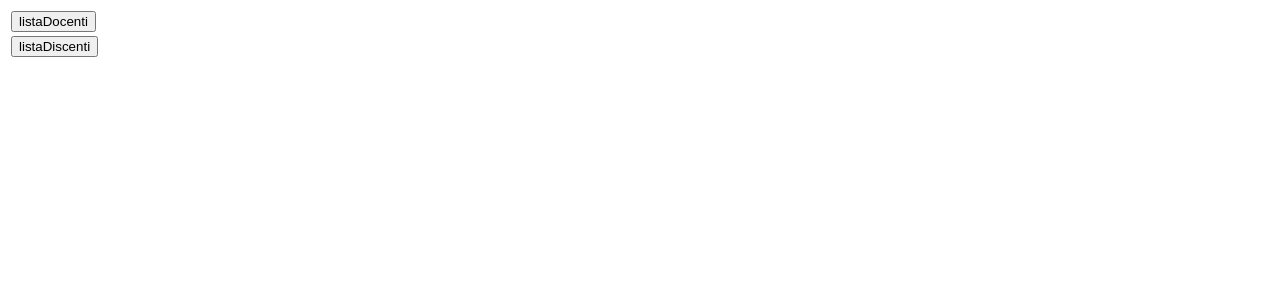
Repository: daneleprivitelli/progettoEJB
Page: http://localhost/ProjectJEE/Main/Main.jsp
The author's editor kept a copy of each file at every save. The page is drawn from the files as they stood at one save, then again after the next save.
The browser window is 1280 px wide. The pictures show the whole page.
The page is served by Tomcat 9. Other server files are loaded and not shown.

Above is the page before, as saved 2021-12-07 13:38:01.

### ProjectJEE/src/main/webapp/Main/Main.jsp
<%@ page language="java" contentType="text/html; charset=ISO-8859-1"
    pageEncoding="ISO-8859-1"%>
<!DOCTYPE html>
<html>
<head>
<meta charset="ISO-8859-1">
<title>Main menu</title>
</head>
<body>
<form method="post" action="/ProjectJEE/CtrlMain">
 <table>
 <tr>
  <td>
   <input type="submit" name="formOk" value="listaDocenti">
  </td>
 </tr>
 <!-- <tr>
  <td>
   <input type="submit" name="formOk" value="insertDocenti">
  </td>
 </tr>-->
 <!-- <tr>
  <td>
   <input type="submit" name="formOk" value="deleteDocenti">
  </td>
 </tr>-->
 <!-- <tr>
  <td>
   <input type="submit" name="formOk" value="updateDocenti">
  </td>
 </tr>-->
  <tr>
  <td>
   <input type="submit" name="formOk" value="listaDiscenti">
  </td>
 </tr>
 <!-- <tr>
  <td>
   <input type="submit" name="formOk" value="insertDiscenti">
  </td>
 </tr>-->
 <!-- <tr>
  <td>
   <input type="submit" name="formOk" value="deleteDiscenti">
  </td>
 </tr>-->
 <!-- <tr>
  <td>
   <input type="submit" name="formOk" value="updateDiscenti">
  </td>
 </tr>-->
 </table>
</form>
</body>
</html>

After the next save:
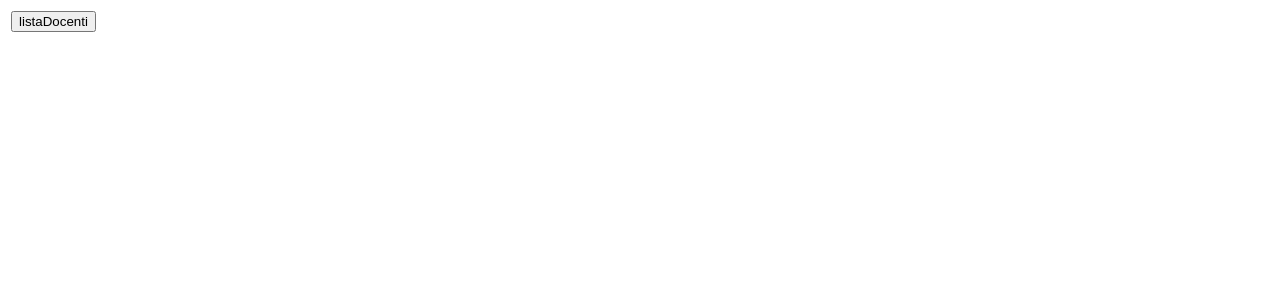
Saved 29 min 18 s later.
--- a/ProjectJEE/src/main/webapp/Main/Main.jsp
+++ b/ProjectJEE/src/main/webapp/Main/Main.jsp
@@ -31,7 +31,7 @@
  </tr>-->
   <tr>
   <td>
-   <input type="submit" name="formOk" value="listaDiscenti">
+   <!--  <input type="submit" name="formOk" value="listaDiscenti">
   </td>
  </tr>
  <!-- <tr>
